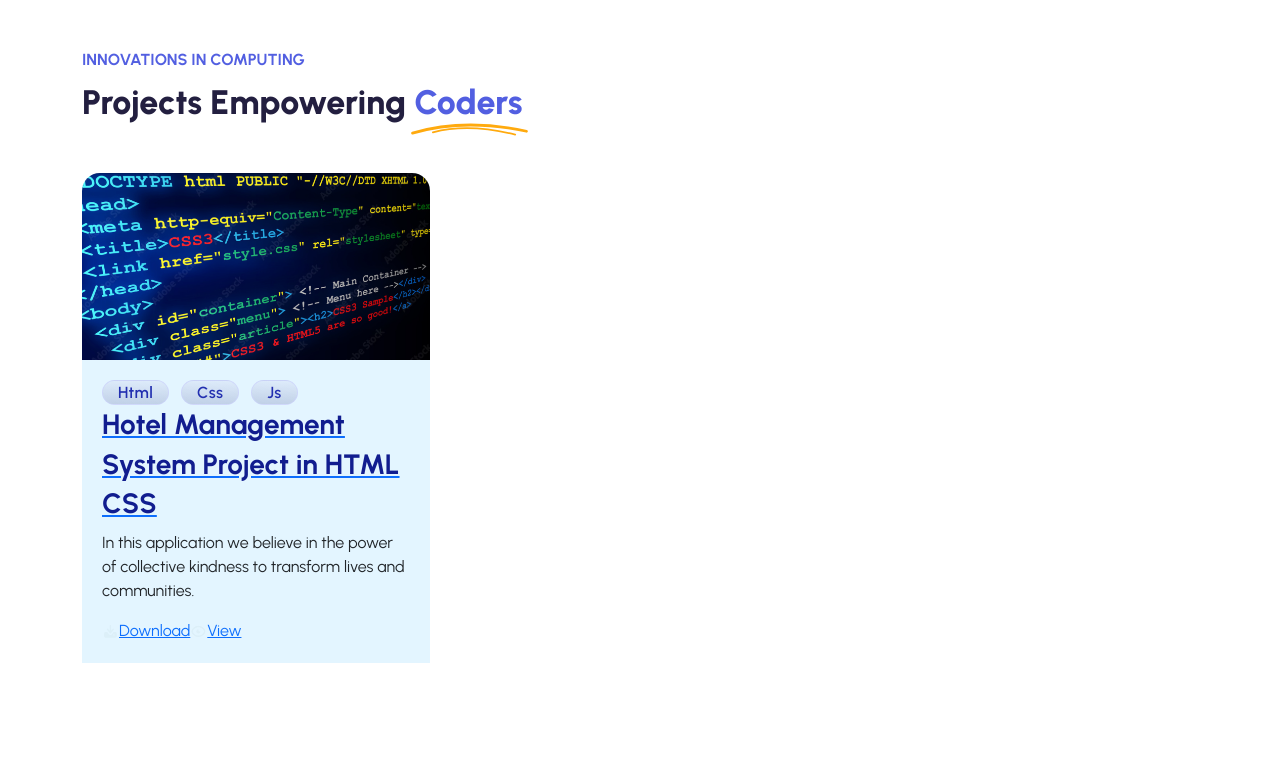
Repository: sharma171/jtccreativeideas
Page: /newsection (app in nextjssite/)
These files come from the project's save history. The page is drawn as it stood at one moment and after the next save; the edit follows.
The browser window is 1280 px wide. The pictures show the whole page.
The project was rebuilt for these pictures with package versions that can differ from the ones it lists, and the page was loaded fresh each time. The framework's server and built-in components were replaced by stand-ins that run in the browser. Also part of the build but not shown: nextjssite/next.config.mjs.

Above is the page before, as saved 2024-03-28 14:10:42.

### nextjssite/src/app/layout.js
// import { Inter } from "next/font/google";
// import "./globals.css";
import 'bootstrap/dist/css/bootstrap.min.css';

// const inter = Inter({ subsets: ["latin"] });

export const metadata = {
  title: "Create Next App",
  description: "Generated by create next app",
};

 const RootLayout = ({ children }) => {
  return (
    <html lang="en">
      <body>
        {/* Layout UI */}
        <main>{children}</main>
      </body>
    </html>
  )
}
export default RootLayout;

### nextjssite/src/app/newsection/page.jsx
import React from 'react'
import "./page.css"
import Headicon from "./after-head-icon.svg"
import Image from 'next/image'
import Link from 'next/link'
import Projimg1 from './images/projsection1.png'
import Projimg2 from './images/projsection2.png'
import Projimg3 from './images/projsection3.png'
import Downloadicon from './images/Download-icon.svg'
import Viewicon from './images/view-icon.svg'
const Page = () => {
    return(
        <>
        <section className="projects">
            <div className="container">
                <div className="col-flex main-head">
                    <h5 className="small-head">Innovations in Computing</h5>
                    <h3 className="bghead">Projects Empowering <span>Coders
                        <Image src={Headicon}></Image></span></h3>
                </div>
                <ul className="row-flex project-cards">
                    <li>

                            <div className="card-inner">
                                <Image src={Projimg1} alt="project" className="thumb"></Image>
                                <div className="info">
                                    <div className="tech-info">
                                        <span>Html</span>
                                        <span>Css</span>
                                        <span>Js</span>
                                    </div>
                                    <Link href="/newsection">
                                    <h3 className="heading">
                                        Hotel Management System Project in HTML CSS
                                    </h3>
                                    </Link>
                                    <p className="cardpara">
                                        In this application we believe in the power of collective kindness to transform lives and communities.
                                    </p>
                                    <div className="card-button">
                                        <a href="" className="bot-button">
                                            <Image src={Downloadicon} alt='icon'></Image>
                                            Download
                                        </a>
                                        <a href="" className="bot-button">
                                            <Image src={Viewicon} alt='icon'></Image>
                                            View
                                        </a>
                                    </div>
                                </div>
                            </div>
                    </li>
                </ul>
            </div>
        </section>
        </>
    )
}
export default Page;

### nextjssite/src/app/newsection/page.css
@import url('https://fonts.googleapis.com/css2?family=Urbanist:ital,wght@0,100..900;1,100..900&display=swap');
* {
    font-family: 'Urbanist', sans-serif;
    font-optical-sizing: auto;
}

section.projects {
    padding: 50px 0;
}
.main-head .small-head {
    color: #525fe1;
    font-size: 16px;
    font-weight: 700;
    text-transform: uppercase;
}
.main-head .bghead {
    color: #231f40;
    font-size: 34px;
    line-height: 1.5em;
    font-weight: 800;
}
.main-head .bghead span {
    color: #525fe1;
    position: relative;
}
.main-head .bghead span img {
    position: absolute;
    top: 100%;
    left: -5.9999999999999964px;
    width: 122.29999999999994px;
    height: 12.600000000000012px;
}
.project-cards {
    padding: 0;
    margin: 45px 0;
    list-style: none;
}
.project-cards li {
    width: calc(33.33333333333333% - 24px);
    border-top-left-radius: 18px;
    border-top-right-radius: 18px;
    background: #E3F5FF;
}
.project-cards li .card-inner {
    display: flex;
    flex-direction: column;
    width: 100%;
    border-top-left-radius: 18px;
    border-top-right-radius: 18px;
}
.project-cards li .card-inner .thumb {
    width: 100%;
    max-width: 100%;
    height: auto;
    object-fit: cover;
    border-top-left-radius: 18px;
    border-top-right-radius: 18px;
}
.project-cards li .card-inner .info {
    padding: 20px 20px;
    display: flex;
    flex-direction: column;
}

.project-cards li .card-inner .info .tech-info {
    display: flex;
    flex-direction: row;
    align-items: center;
    gap: 12px;
}
.project-cards li .card-inner .info .tech-info span {
    height: 25px;
    font-size: 16px;
    color: #222FB0;
    padding: 0 15px;
    font-weight: 600;
    letter-spacing: 0.3px;
    line-height: 16px;
    background: linear-gradient(181deg, #d2d7f152, #C0D0E7);
    align-content: center;
    border-radius: 19px;
    border: 1px solid #ccd3fbc2;
}
.project-cards li .card-inner .info .heading {
    font-style: 24px;
    line-height: 1.4em;
    font-weight: 700;
    color: #111D8F;
}

After the next save:
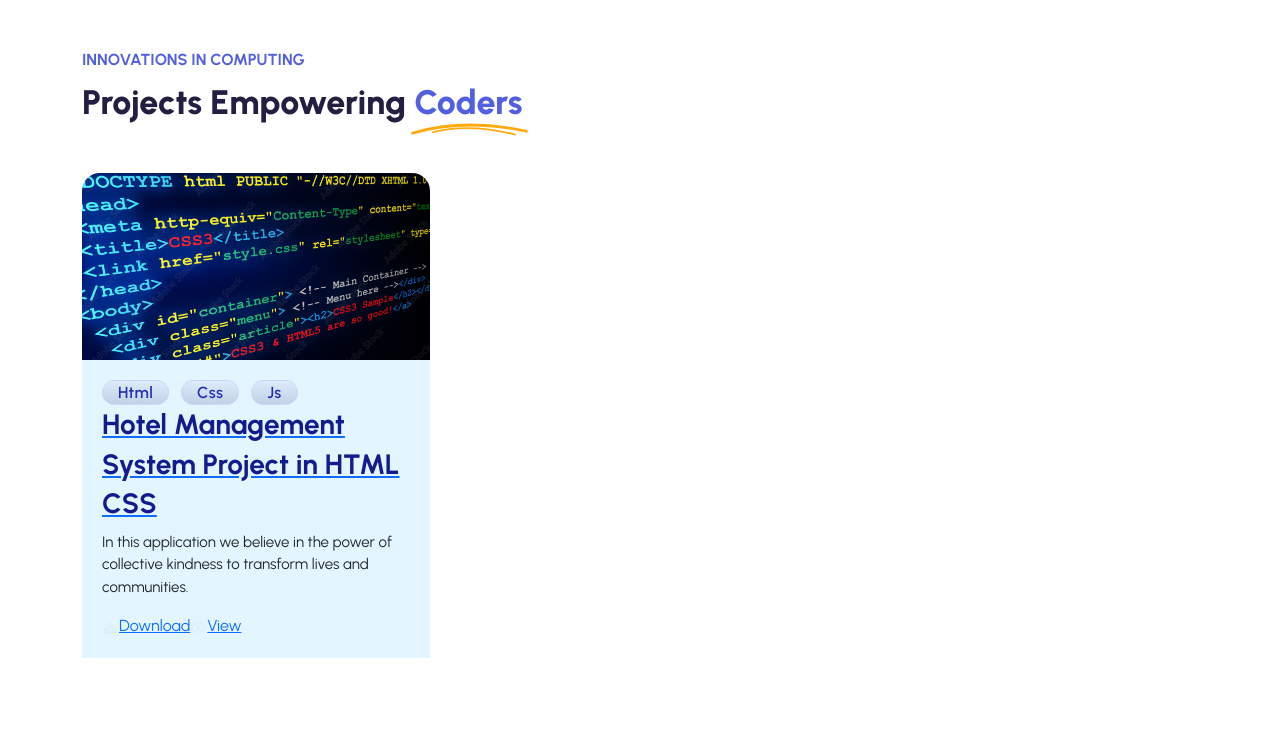
Saved 2 min 9 s later.
--- a/nextjssite/src/app/newsection/page.css
+++ b/nextjssite/src/app/newsection/page.css
@@ -87,3 +87,7 @@ section.projects {
     font-weight: 700;
     color: #111D8F;
 }
+.project-cards li .card-inner .info .cardpara {
+    font-size: 15px;
+    line-height: 1.5em;
+}
